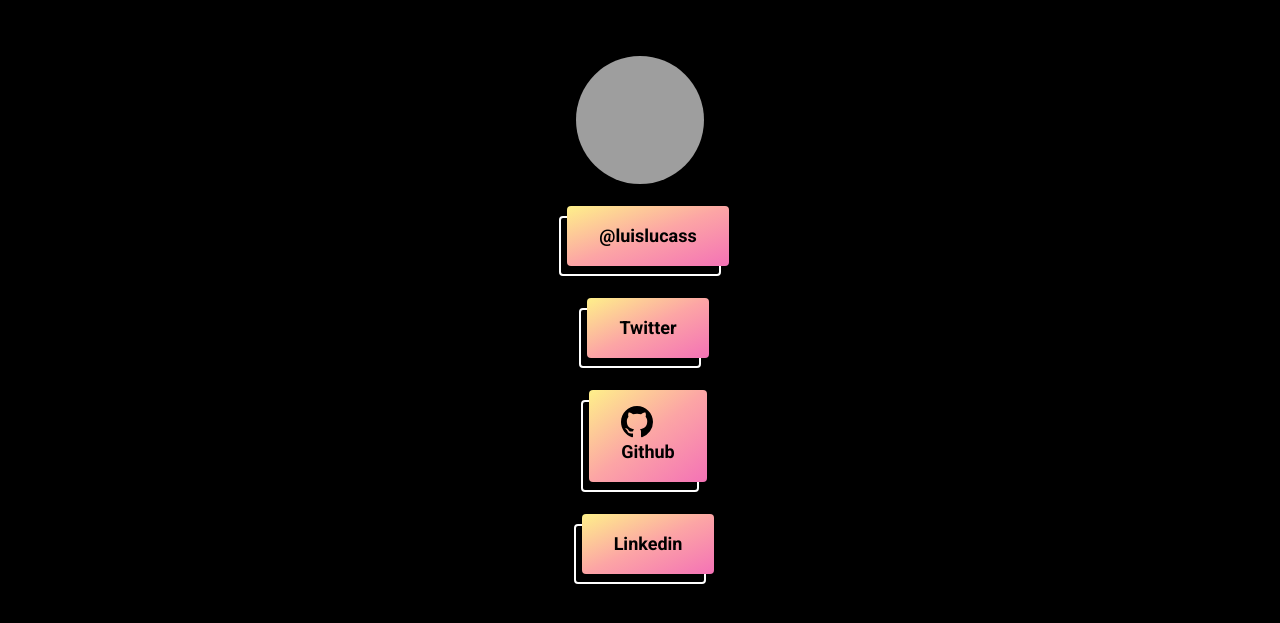
Repository: LuisSempre/link-to
Page: index.html
The author's editor kept a copy of each file at every save. The page is drawn from the files as they stood at one save, then again after the next save.
The browser window is 1280 px wide. The pictures show the whole page.
Pictures or frames that could not be fetched are drawn as grey boxes. Some web libraries are served in a nearby version.

Above is the page before, as saved 2022-07-05 22:25:28.

### index.html
<!DOCTYPE html>
<html lang="en">
    <head>
        <meta charset="UTF-8">
        <meta http-equiv="X-UA-Compatible" content="IE=edge">
        <meta name="viewport" content="width=device-width, initial-scale=1.0">
        <link rel="preconnect" href="https://fonts.googleapis.com">
        <link rel="preconnect" href="https://fonts.gstatic.com" crossorigin>
        <link
            href="https://fonts.googleapis.com/css2?family=Roboto:ital,wght@0,100;0,300;0,400;0,500;0,700;0,900;1,100;1,300;1,400;1,500;1,700;1,900&display=swap"
            rel="stylesheet">
        <script src="https://cdn.tailwindcss.com"></script>
        <title>Document</title>
    </head>
    <body style="font-family:Roboto">
        <div class="h-screen w-full bg-black flex items-center justify-center">
            <section class="relative">
                <div class="relative z-40 mx-auto h-full max-w-7xl px-10">
                    <div class="-mt-20 flex h-full w-full flex-col items-center
                        justify-center space-y-8">
                        <img
                            class="w-32 h-32 rounded-full"
                            src="https://media-exp1.licdn.com/dms/image/C4E03AQFxPhk96MlXfQ/profile-displayphoto-shrink_800_800/0/1657066015387?e=1662595200&v=beta&t=8l3NPv3_wh4v4q8p_mHKIiNLJlaeUFYIeHHBMLw4AEI"
                            alt="">
                        <a href="https://www.instagram.com/luislucass/"
                            class="group relative w-full sm:w-auto">
                            <span class="absolute top-0 left-0 h-full w-full
                                rounded
                                border-2 border-white text-transparent">Twitter</span>
                            <span class="relative inline-block w-full
                                -translate-y-2.5 translate-x-2 transform rounded
                                bg-gradient-to-br from-yellow-200 via-red-300
                                to-pink-400 px-8 py-4 text-center text-lg
                                font-semibold transition-all duration-150
                                ease-linear group-hover:-translate-y-1.5
                                group-hover:translate-x-1.5 sm:w-auto
                                hover:text-white px-16">@luislucass</span>
                        </a>
                        <a href="https://twitter.com/LuisLucass" class="group
                            relative w-full sm:w-auto">
                            <span class="absolute top-0 left-0 h-full w-full
                                rounded
                                border-2 border-white text-transparent">Twitter</span>
                            <span class="relative inline-block w-full
                                -translate-y-2.5 translate-x-2 transform rounded
                                bg-gradient-to-br from-yellow-200 via-red-300
                                to-pink-400 px-8 py-4 text-center text-lg
                                font-semibold transition-all duration-150
                                ease-linear group-hover:-translate-y-1.5
                                group-hover:translate-x-1.5 sm:w-auto
                                hover:text-white px-16">Twitter</span>
                        </a>
                        <a href="https://github.com/LuisSempre" class="group
                            relative w-full sm:w-auto">
                            <span class="absolute top-0 left-0 h-full w-full
                                rounded
                                border-2 border-white text-transparent">Github</span>
                            <span class="relative inline-block w-full
                                -translate-y-2.5 translate-x-2 transform rounded
                                bg-gradient-to-br from-yellow-200 via-red-300
                                to-pink-400 px-8 py-4 text-center text-lg
                                font-semibold transition-all duration-150
                                ease-linear group-hover:-translate-y-1.5
                                group-hover:translate-x-1.5 sm:w-auto
                                hover:text-white px-16"> <svg height="32"
                                    aria-hidden="true" viewBox="0 0 16
                                    16" version="1.1" width="32"
                                    data-view-component="true" class="octicon
                                    octicon-mark-github v-align-middle">
                                    <path fill-rule="evenodd" d="M8 0C3.58 0 0
                                        3.58
                                        0 8c0 3.54 2.29 6.53 5.47
                                        7.59.4.07.55-.17.55-.38
                                        0-.19-.01-.82-.01-1.49-2.01.37-2.53-.49-2.69-.94-.09-.23-.48-.94-.82-1.13-.28-.15-.68-.52-.01-.53.63-.01
                                        1.08.58 1.23.82.72 1.21 1.87.87
                                        2.33.66.07-.52.28-.87.51-1.07-1.78-.2-3.64-.89-3.64-3.95
                                        0-.87.31-1.59.82-2.15-.08-.2-.36-1.02.08-2.12
                                        0 0 .67-.21 2.2.82.64-.18 1.32-.27
                                        2-.27.68
                                        0 1.36.09 2 .27 1.53-1.04 2.2-.82
                                        2.2-.82.44
                                        1.1.16 1.92.08 2.12.51.56.82 1.27.82
                                        2.15 0
                                        3.07-1.87 3.75-3.65 3.95.29.25.54.73.54
                                        1.48
                                        0 1.07-.01 1.93-.01 2.2 0
                                        .21.15.46.55.38A8.013 8.013 0 0016
                                        8c0-4.42-3.58-8-8-8z"></path>
                                </svg>Github</span>
                        </a>
                        <a
                            href="https://www.linkedin.com/in/luis-lucas-a5b30737/"
                            class="group relative w-full sm:w-auto">
                            <span class="absolute top-0 left-0 h-full w-full
                                rounded
                                border-2 border-white text-transparent">Linkedin</span>
                            <span class="relative inline-block w-full
                                -translate-y-2.5 translate-x-2 transform rounded
                                bg-gradient-to-br from-yellow-200 via-red-300
                                to-pink-400 px-8 py-4 text-center text-lg
                                font-semibold transition-all duration-150
                                ease-linear group-hover:-translate-y-1.5
                                group-hover:translate-x-1.5 sm:w-auto
                                hover:text-white px-16">Linkedin</span>
                        </a>
                    </div>
                </div>
            </section>
        </div>
    </body>
</html>

After the next save:
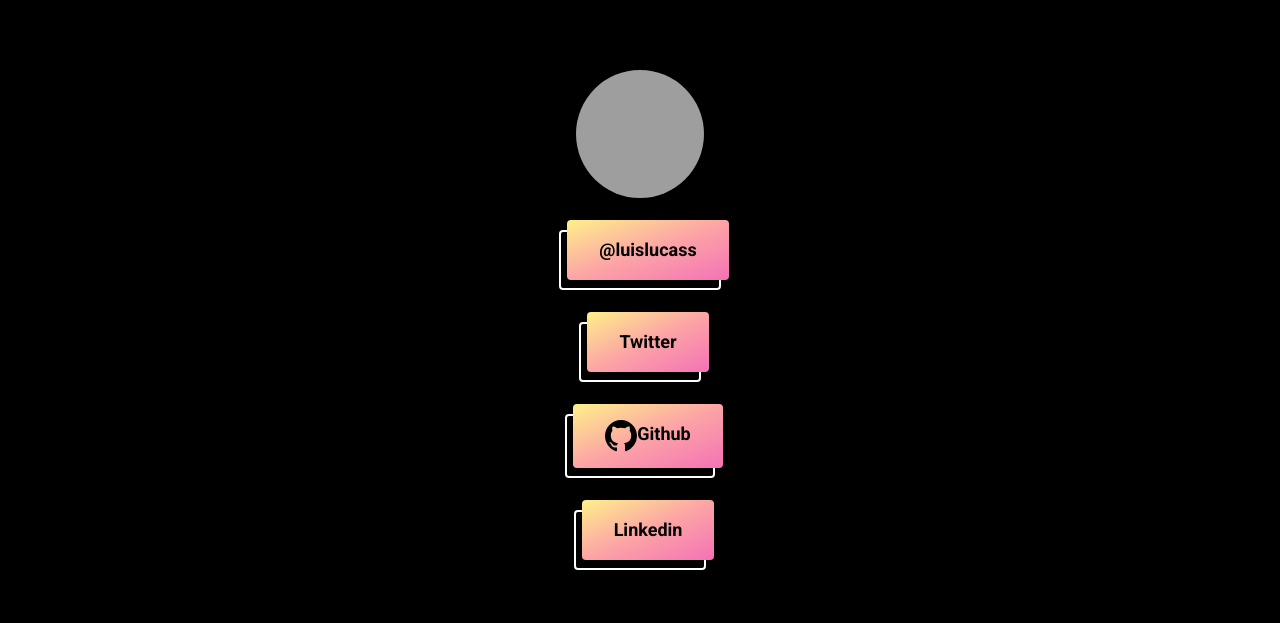
Saved 35 s later.
--- a/index.html
+++ b/index.html
@@ -62,31 +62,31 @@
                                 font-semibold transition-all duration-150
                                 ease-linear group-hover:-translate-y-1.5
                                 group-hover:translate-x-1.5 sm:w-auto
-                                hover:text-white px-16"> <svg height="32"
-                                    aria-hidden="true" viewBox="0 0 16
-                                    16" version="1.1" width="32"
-                                    data-view-component="true" class="octicon
-                                    octicon-mark-github v-align-middle">
-                                    <path fill-rule="evenodd" d="M8 0C3.58 0 0
-                                        3.58
-                                        0 8c0 3.54 2.29 6.53 5.47
-                                        7.59.4.07.55-.17.55-.38
-                                        0-.19-.01-.82-.01-1.49-2.01.37-2.53-.49-2.69-.94-.09-.23-.48-.94-.82-1.13-.28-.15-.68-.52-.01-.53.63-.01
-                                        1.08.58 1.23.82.72 1.21 1.87.87
-                                        2.33.66.07-.52.28-.87.51-1.07-1.78-.2-3.64-.89-3.64-3.95
-                                        0-.87.31-1.59.82-2.15-.08-.2-.36-1.02.08-2.12
-                                        0 0 .67-.21 2.2.82.64-.18 1.32-.27
-                                        2-.27.68
-                                        0 1.36.09 2 .27 1.53-1.04 2.2-.82
-                                        2.2-.82.44
-                                        1.1.16 1.92.08 2.12.51.56.82 1.27.82
-                                        2.15 0
-                                        3.07-1.87 3.75-3.65 3.95.29.25.54.73.54
-                                        1.48
-                                        0 1.07-.01 1.93-.01 2.2 0
-                                        .21.15.46.55.38A8.013 8.013 0 0016
-                                        8c0-4.42-3.58-8-8-8z"></path>
-                                </svg>Github</span>
+                                hover:text-white px-16 flex"><svg height="32"
+                                aria-hidden="true" viewBox="0 0 16
+                                16" version="1.1" width="32"
+                                data-view-component="true" class="octicon
+                                octicon-mark-github v-align-middle">
+                                <path fill-rule="evenodd" d="M8 0C3.58 0 0
+                                    3.58
+                                    0 8c0 3.54 2.29 6.53 5.47
+                                    7.59.4.07.55-.17.55-.38
+                                    0-.19-.01-.82-.01-1.49-2.01.37-2.53-.49-2.69-.94-.09-.23-.48-.94-.82-1.13-.28-.15-.68-.52-.01-.53.63-.01
+                                    1.08.58 1.23.82.72 1.21 1.87.87
+                                    2.33.66.07-.52.28-.87.51-1.07-1.78-.2-3.64-.89-3.64-3.95
+                                    0-.87.31-1.59.82-2.15-.08-.2-.36-1.02.08-2.12
+                                    0 0 .67-.21 2.2.82.64-.18 1.32-.27
+                                    2-.27.68
+                                    0 1.36.09 2 .27 1.53-1.04 2.2-.82
+                                    2.2-.82.44
+                                    1.1.16 1.92.08 2.12.51.56.82 1.27.82
+                                    2.15 0
+                                    3.07-1.87 3.75-3.65 3.95.29.25.54.73.54
+                                    1.48
+                                    0 1.07-.01 1.93-.01 2.2 0
+                                    .21.15.46.55.38A8.013 8.013 0 0016
+                                    8c0-4.42-3.58-8-8-8z"></path>
+                            </svg>Github</span>
                         </a>
                         <a
                             href="https://www.linkedin.com/in/luis-lucas-a5b30737/"
